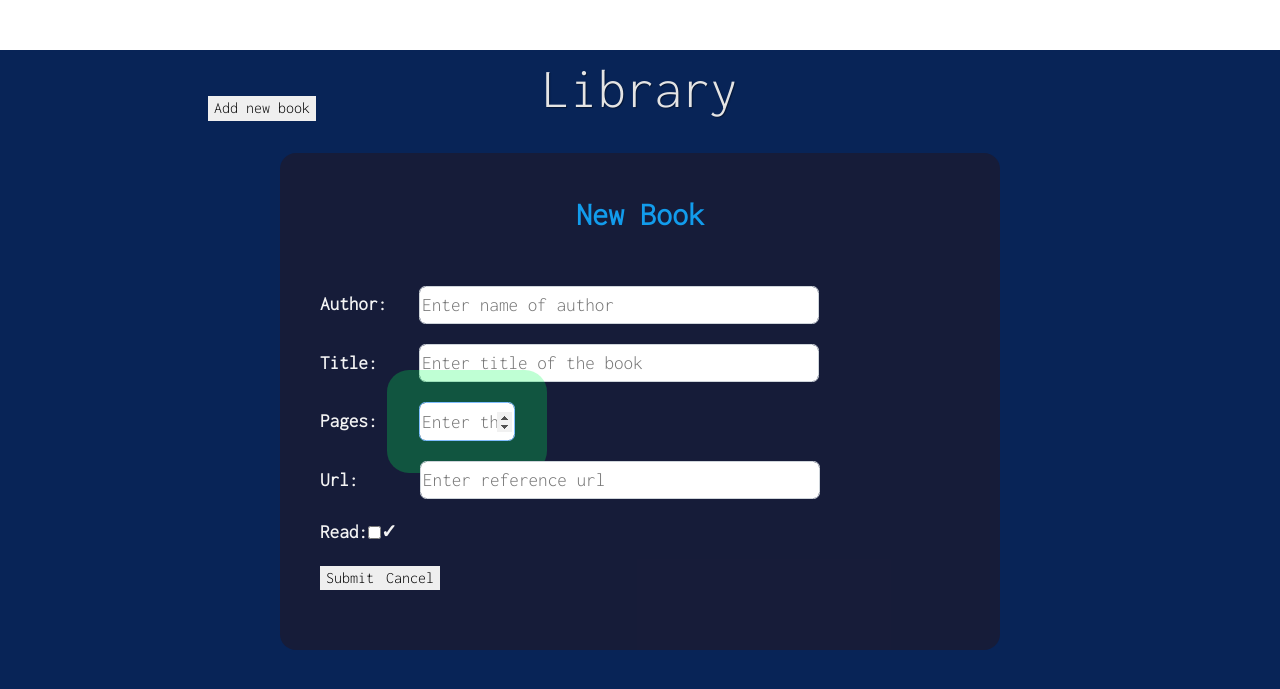
Repository: 0101chaitanya/Library
Page: index.html
The author's editor kept a copy of each file at every save. The page is drawn from the files as they stood at one save, then again after the next save.
The browser window is 1280 px wide. The pictures show the whole page.
The first visible `#pagesInput` has the focus.

Above is the page before, as saved 2021-06-03 19:32:48.

After the next save:
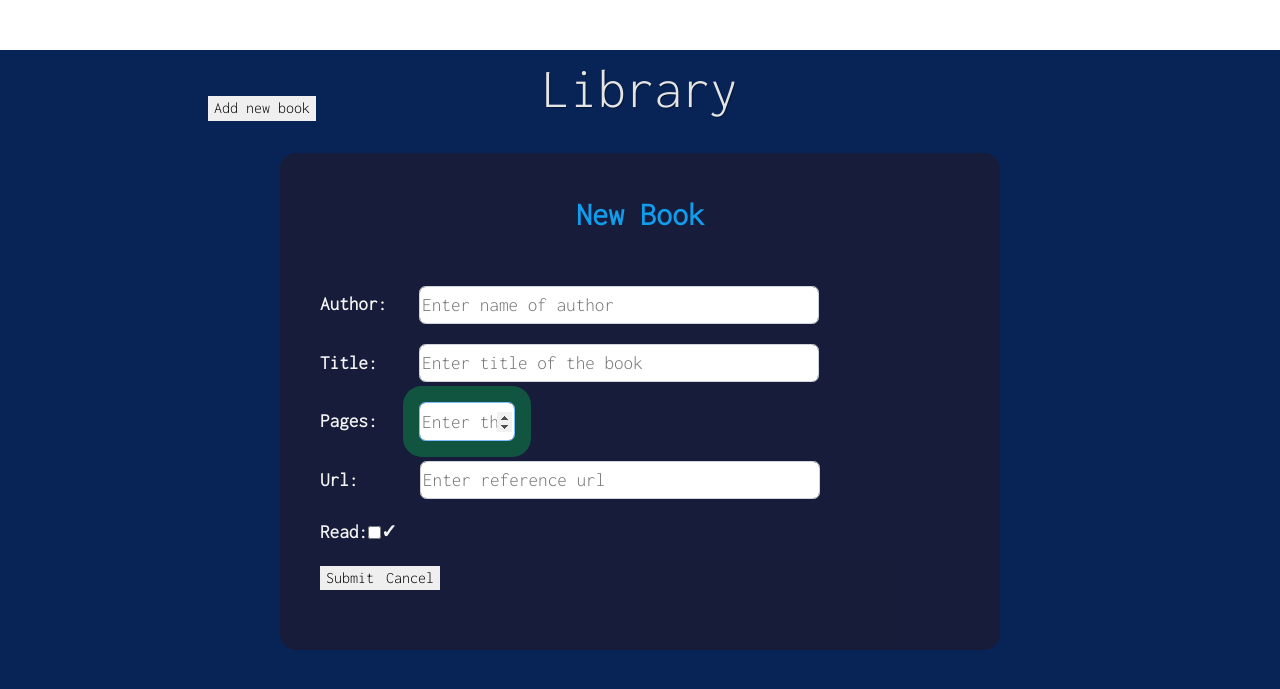
Saved 5 s later.
--- a/styles.css
+++ b/styles.css
@@ -175,7 +175,7 @@ h1 {
 #pagesInput:focus {
     border-color: #80bdff;
     outline: 0;
-    box-shadow: 0 0 0 2rem rgba(0, 255, 85, 0.25);
+    box-shadow: 0 0 0 1rem rgba(0, 255, 85, 0.25);
 }
 
 #urlInput {
